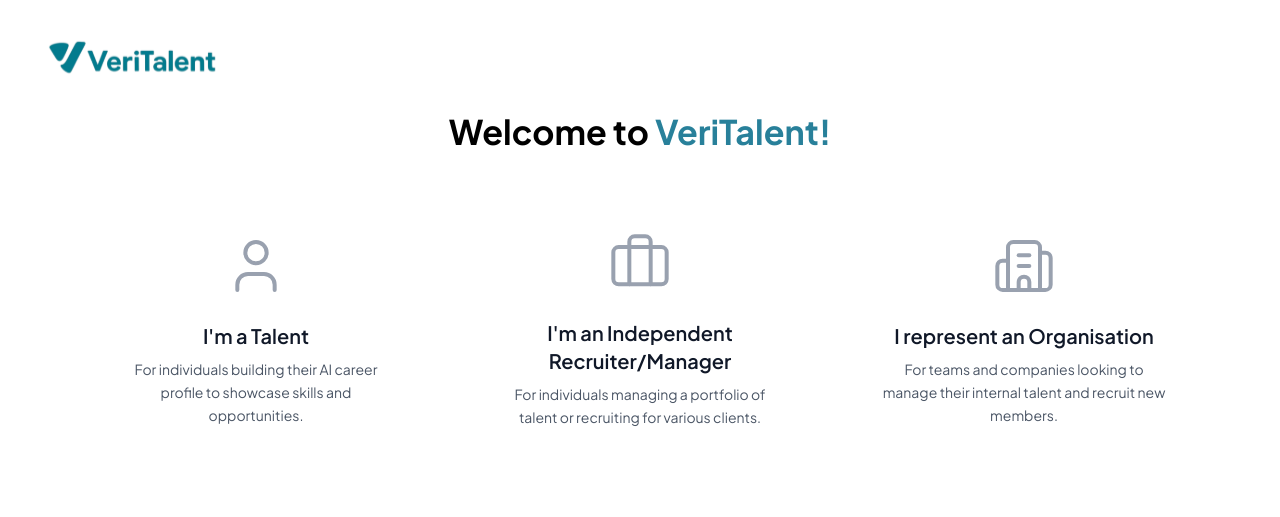
Repository: VeriTalent-Organization/VeriTalent
Page: /
These files come from the project's save history. The page is drawn as it stood at one moment and after the next save; the edit follows.
The browser window is 1280 px wide. The pictures show the whole page.
The project was rebuilt for these pictures with package versions that can differ from the ones it lists, and the page was loaded fresh each time. The framework's server and built-in components were replaced by stand-ins that run in the browser. Also part of the build but not shown: next.config.ts.

Above is the page before, as saved 2025-12-05 13:30:19.

After the next save:
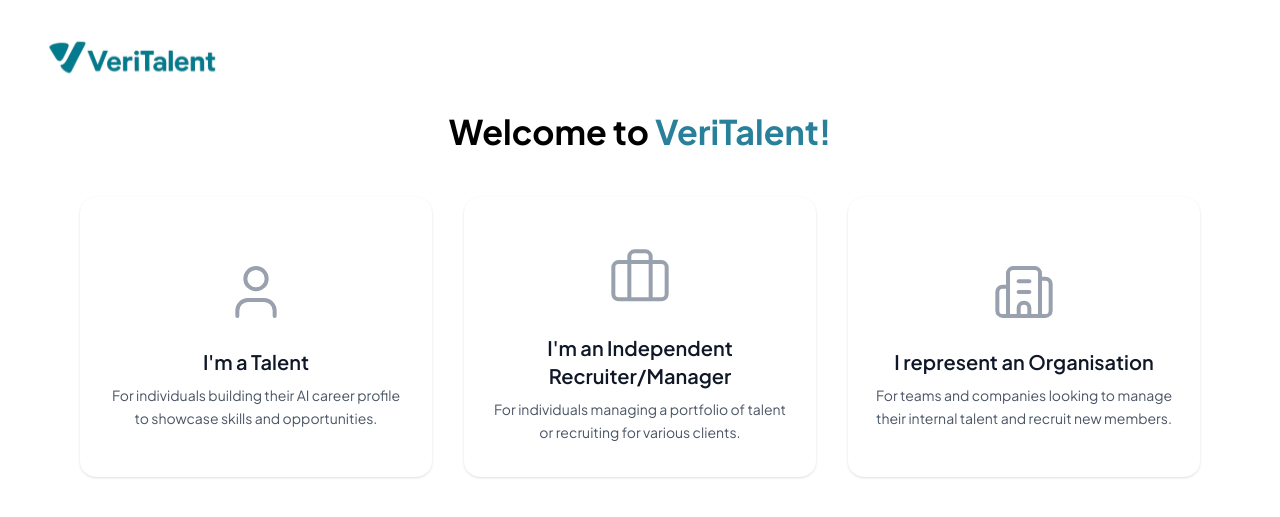
Saved 75 s later.
--- a/components/reuseables/cards/user_type_card.tsx
+++ b/components/reuseables/cards/user_type_card.tsx
@@ -1,6 +1,6 @@
 // components/UserTypeCard.tsx
 import React from 'react';
-import { cn } from '@/lib/utils'; // Optional: if you have a cn utility (common with shadcn)
+import { cn } from '@/lib/utils'; // Optional cn utility
 
 interface UserTypeCardProps {
   title: string;
@@ -23,18 +23,19 @@
     <div
       onClick={onClick}
       className={cn(
-        'relative flex flex-col items-center justify-center p-8 bg-white rounded-2xl border-2 border-transparent cursor-pointer transition-all duration-300 hover:shadow-lg hover:-translate-y-1',
-        selected &&
-          'border-primary ring-4 ring-primary/20 bg-primary/5', // Highlight when selected
+        'relative flex flex-col items-center justify-center pt-12 pb-8 px-6 bg-white rounded-2xl shadow-sm cursor-pointer transition-all duration-300 hover:shadow-md',
+        selected ? 'border-t-4 border-t-primary' : 'border border-transparent',
         className
       )}
     >
-      {/* Optional: small circle indicator in top-left (like your screenshot) */}
+      {/* Top center indicator dot (only when selected) */}
       {selected && (
-        <div className="absolute -top-3 -left-3 w-6 h-6 bg-primary rounded-full border-4 border-white" />
+        <div className="absolute -top-3 left-1/2 transform -translate-x-1/2 w-6 h-6 bg-primary rounded-full flex items-center justify-center">
+          <div className="w-3 h-3 bg-white rounded-full" /> {/* Optional inner white dot for contrast */}
+        </div>
       )}
 
-      {/* Icon with primary tint when selected */}
+      {/* Icon - grays when unselected, primary when selected */}
       <div
         className={cn(
           'mb-6 text-gray-400',

After the save that followed:
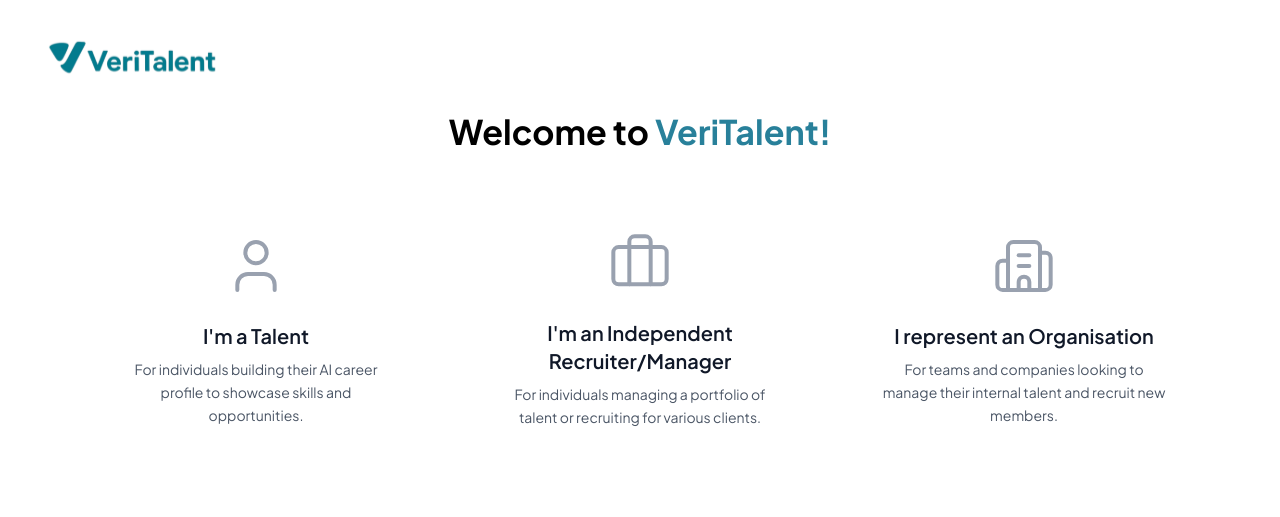
Saved 16 s later.
--- a/components/reuseables/cards/user_type_card.tsx
+++ b/components/reuseables/cards/user_type_card.tsx
@@ -1,6 +1,6 @@
 // components/UserTypeCard.tsx
 import React from 'react';
-import { cn } from '@/lib/utils'; // Optional cn utility
+import { cn } from '@/lib/utils'; // Optional: if you have a cn utility (common with shadcn)
 
 interface UserTypeCardProps {
   title: string;
@@ -23,19 +23,18 @@
     <div
       onClick={onClick}
       className={cn(
-        'relative flex flex-col items-center justify-center pt-12 pb-8 px-6 bg-white rounded-2xl shadow-sm cursor-pointer transition-all duration-300 hover:shadow-md',
-        selected ? 'border-t-4 border-t-primary' : 'border border-transparent',
+        'relative flex flex-col items-center justify-center p-8 bg-white rounded-2xl border-2 border-transparent cursor-pointer transition-all duration-300 hover:shadow-lg hover:-translate-y-1',
+        selected &&
+          'border-primary ring-4 ring-primary/20 bg-primary/5', // Highlight when selected
         className
       )}
     >
-      {/* Top center indicator dot (only when selected) */}
+      {/* Optional: small circle indicator in top-left (like your screenshot) */}
       {selected && (
-        <div className="absolute -top-3 left-1/2 transform -translate-x-1/2 w-6 h-6 bg-primary rounded-full flex items-center justify-center">
-          <div className="w-3 h-3 bg-white rounded-full" /> {/* Optional inner white dot for contrast */}
-        </div>
+        <div className="absolute -top-3 -left-3 w-6 h-6 bg-primary rounded-full border-4 border-white" />
       )}
 
-      {/* Icon - grays when unselected, primary when selected */}
+      {/* Icon with primary tint when selected */}
       <div
         className={cn(
           'mb-6 text-gray-400',
